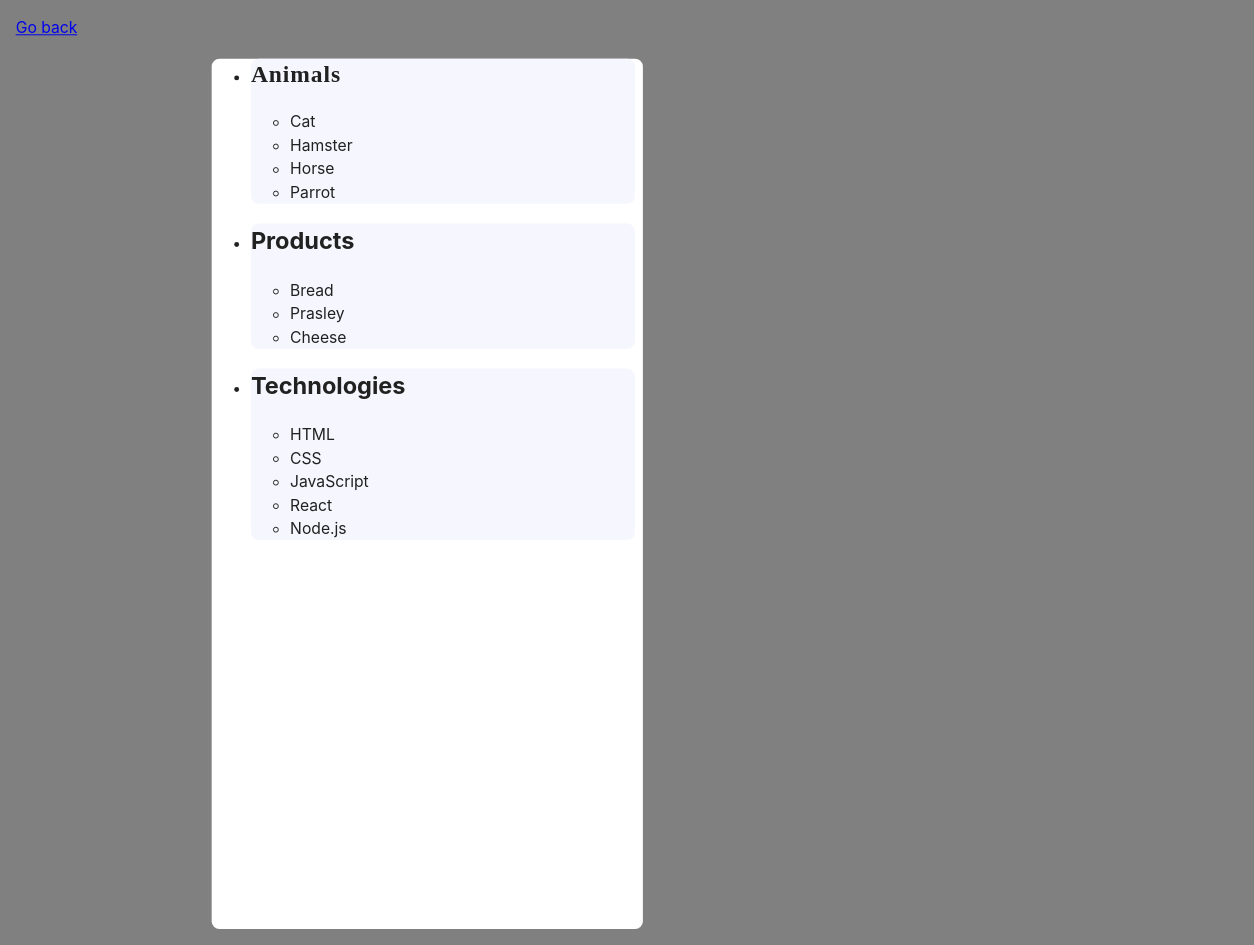
Repository: ViacheslavParfenenko/goit-js-hw-07
Page: task-1.html
The author's editor kept a copy of each file at every save. The page is drawn from the files as they stood at one save, then again after the next save.
The browser window is 1280 px wide. The pictures show the whole page, at 98% of full size.

Above is the page before, as saved 2024-07-09 17:19:49.

### task-1.html
<!DOCTYPE html>
<html lang="en">
  <head>
    <meta charset="UTF-8" />
    <meta http-equiv="X-UA-Compatible" content="IE=edge" />
    <meta name="viewport" content="width=device-width, initial-scale=1.0" />
    <title>Task 1</title>
    <link rel="stylesheet" href="./css/common.css" />
  </head>
  <body>
    <p><a href="./index.html">Go back</a></p>

    <ul class="list" id="categories">
      <li class="item">
        <h2 class="item-name">Animals</h2>

        <ul>
          <li class="one-item-name">Cat</li>
          <li class="one-item-name">Hamster</li>
          <li class="one-item-name">Horse</li>
          <li class="one-item-name">Parrot</li>
        </ul>
      </li>
      <li class="item">
        <h2>Products</h2>

        <ul>
          <li>Bread</li>
          <li>Prasley</li>
          <li>Cheese</li>
        </ul>
      </li>
      <li class="item">
        <h2>Technologies</h2>

        <ul>
          <li>HTML</li>
          <li>CSS</li>
          <li>JavaScript</li>
          <li>React</li>
          <li>Node.js</li>
        </ul>
      </li>
    </ul>

    <script src="./js/task-1.js" type="module"></script>
  </body>
</html>

### css/common.css
* {
  box-sizing: border-box;
}

body {
  margin: 16px;
  font-family: -apple-system, BlinkMacSystemFont, "Segoe UI", Roboto, Oxygen,
    Ubuntu, Cantarell, "Open Sans", "Helvetica Neue", sans-serif;
  -webkit-font-smoothing: antialiased;
  -moz-osx-font-smoothing: grayscale;
  background-color: gray;
  color: #212121;
  line-height: 1.5;
}

.list {
  margin-left: 200px;

  background-color: #fff;
  width: 440px;
  height: 888px;
  gap: 24px;
  border-radius: 8px 8px 8px 8px;
}

.item {
  flex: auto;

  background-color: #f6f6fe;
  width: 392px;
  height: ;
  border-radius: 8px 8px 8px 8px;
}

.item-name {
  font-family: Montserrat;
  font-size: 24px;
  font-weight: 600;
  line-height: 32px;
  letter-spacing: 0.04em;
  text-align: left;
}

.one-item-name {
}

### js/task-1.js
const categoriesList = document.getElementById('categories');

const categoriesItems = categoriesList.querySelectorAll('li.item');

console.log(`Number of categories: ${categoriesItems.length}`);

categoriesItems.forEach(category => {
  const categoryTitle = category.querySelector('h2').textContent;
  const categoryItems = category.querySelectorAll('ul li').length;
  console.log(`Category: ${categoryTitle}`);
  console.log(`Elements: ${categoryItems}`);
});

const style = document.createElement('style');
style.textContent = `
  .categories {
    display: flex;
    flex-wrap:;
    gap: 10px;
    list-style: none;
    border: 1px;
    padding: 0;
    margin: 0;
  }
  .item {
    flex: 1 1 calc(33.333% - 10px);
    box-sizing: border-box;
  }

  }
`;

After the next save:
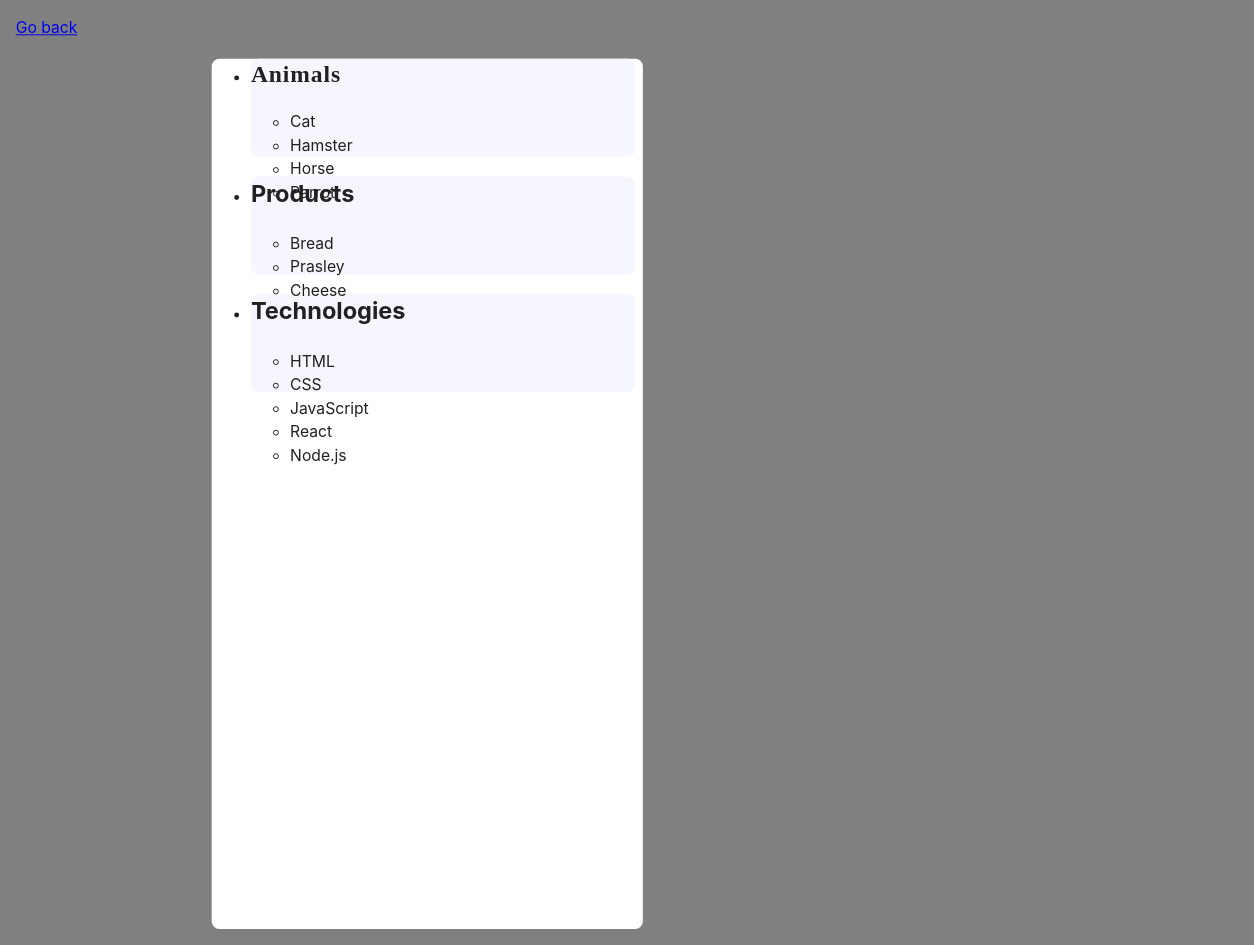
Saved 54 s later.
--- a/css/common.css
+++ b/css/common.css
@@ -28,7 +28,7 @@
 
   background-color: #f6f6fe;
   width: 392px;
-  height: ;
+  height: 100px;
   border-radius: 8px 8px 8px 8px;
 }
 

After the save that followed:
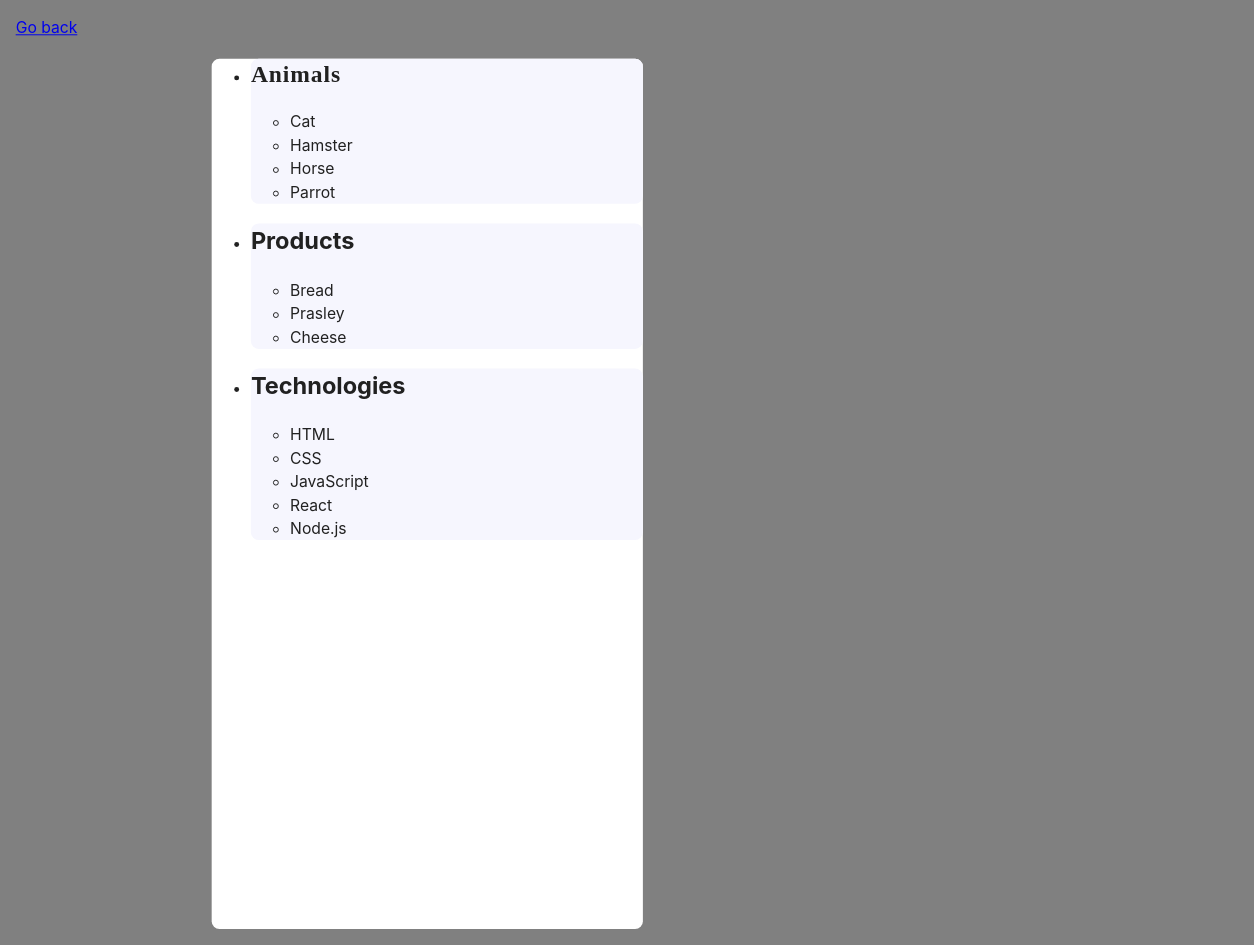
Saved 18 s later.
--- a/css/common.css
+++ b/css/common.css
@@ -27,8 +27,7 @@
   flex: auto;
 
   background-color: #f6f6fe;
-  width: 392px;
-  height: 100px;
+
   border-radius: 8px 8px 8px 8px;
 }
 
